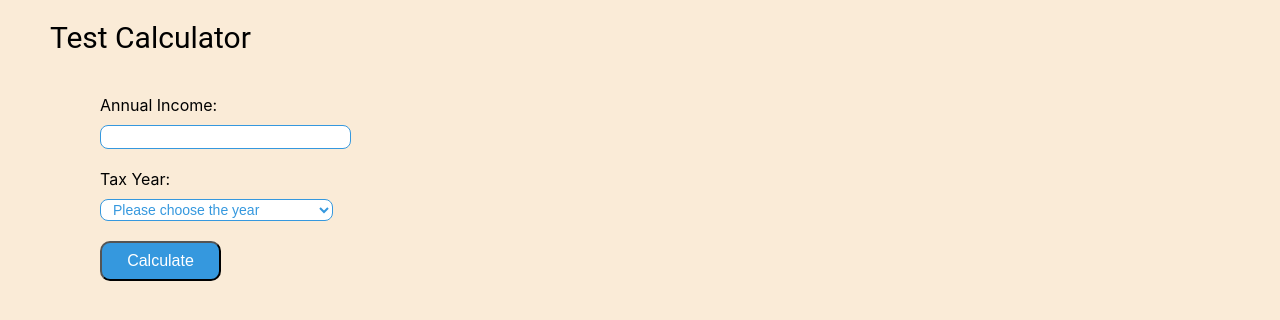
Repository: jbpadilha/taxcalculator
Page: /
These files come from the project's save history. The page is drawn as it stood at one moment and after the next save; the edit follows.
The browser window is 1280 px wide. The pictures show the whole page.
The project was rebuilt for these pictures with package versions that can differ from the ones it lists, and the page was loaded fresh each time.

Above is the page before, as saved 2023-06-17 21:30:54.

### src/index.tsx
import React from 'react';
import ReactDOM from 'react-dom/client';
import './index.css';
import App from './App';
import reportWebVitals from './reportWebVitals';

<link
    href="https://fonts.googleapis.com/css2?family=Roboto:ital,wght@0,300;0,400;0,500;0,700;1,400&display=swap"
    rel="stylesheet"
/>;

const root = ReactDOM.createRoot(
  document.getElementById('root') as HTMLElement
);
root.render(
  <React.StrictMode>
    <App />
  </React.StrictMode>
);

// If you want to start measuring performance in your app, pass a function
// to log results (for example: reportWebVitals(console.log))
// or send to an analytics endpoint. Learn more: https://bit.ly/CRA-vitals
reportWebVitals();

### src/index.css
body {
  background-color: #FAEBD7;
  margin: 0;
  font-family: -apple-system, BlinkMacSystemFont, 'Segoe UI', 'Roboto', 'Oxygen',
    'Ubuntu', 'Cantarell', 'Fira Sans', 'Droid Sans', 'Helvetica Neue',
    sans-serif;
  -webkit-font-smoothing: antialiased;
  -moz-osx-font-smoothing: grayscale;
}

code {
  font-family: source-code-pro, Menlo, Monaco, Consolas, 'Courier New',
    monospace;
}

### src/App.tsx
import React from 'react';
import RoutesComponent from './components/RouteComponent';

const App = () => {
  return (
    <div>
      <header>
      </header>
      <main>
        <RoutesComponent />
      </main>
      <footer>
        <div></div>
      </footer>
    </div>
  );
}

export default App;

### src/components/RouteComponent.tsx
import React from 'react';
import { BrowserRouter as Router, Route, Routes } from 'react-router-dom';

const Main = React.lazy(() => import('./Main'));
const ResultTax = React.lazy(() => import('./ResultTax'));

const RoutesComponent = () => {
    return (
        <Router>
            <Routes>
                <Route path={"/"} element={<Main />} />
                <Route path={"/results"} element={<ResultTax />} />
                <Route path="*" element={<Main />} />
            </Routes>
        </Router>
    );
}

export default RoutesComponent;

### src/components/Main.tsx
import React from 'react';
import { years } from '../config/constants';

const styles = {
    content: {
        marginTop: 20,
        minHeight: 200,
        paddingLeft: 50,
    },
    title: {
        marginTop: 20,
        paddingBottom: 20,
        fontFamily: 'Roboto',
        fontSize: 30,
        color: '#000000',
        textDecoration: 'none solid rgb(0, 0, 0)',
    },
    description: {

    },
    contentInput: {
        marginTop: 20,
    },
    marginInput: {
        marginTop: 10,
    },
    titleInput: {
        paddingTop: 10,
        width: 111,
        height: 18,
        fontSize: 16,
        color: '#000000',
        textSecoration: 'none solid rgb(0, 0, 0)',
    },
    input: {
        width: 233,
        height: 22,
        padding: '0px 8px',
        border: '1px solid #3598de',
        borderRadius: 8,
        backgroundColor: '#ffffff',
        backgroundSize: 'cover',
        fontSize: 14,
        color: '#3598de',
        textDecoration: 'none solid rgb(53, 152, 222)'
    },
    button: {
        width: 121,
        height: 40,
        borderRadius: 10,
        backgroundColor: '#3598de',
        backgroundSize: 'cover',
        fontSize: 16,
        color: '#ffffff',
        textDecoration: 'none solid rgb(255, 255, 255)',
    },
};

const Main = () => {

    const calculate = () => {};

    return (
        <div style={styles.content}>
            <div style={styles.title}>Test Calculator</div>
            <div style={styles.content}>
                <div style={styles.contentInput}>
                    <div>
                        <label htmlFor='income' style={styles.titleInput}>Annual Income:</label>
                    </div>
                    <div style={styles.marginInput}>
                        <input style={styles.input} type="text" id="income" name="income" />
                    </div>
                </div>
                <div style={styles.contentInput}>
                    <div>
                        <label htmlFor='taxYear' style={styles.titleInput}>Tax Year:</label>
                    </div>
                    <div style={styles.marginInput}>
                    <select onChange={()=>{}} style={styles.input} id="taxYear" name="taxYear">
                        <option>Please choose the year</option>
                        {Array.from(years.entries()).map((entry) => {
                            const [key, value ] = entry;
                            return (<option key={key} >
                                {value}
                            </option>);
                        })}
                    </select>
                    </div>
                </div>
                <div style={styles.contentInput}>
                    <button style={styles.button} onClick={calculate}>Calculate</button>
                </div>
            </div>
        </div>
    );
}

export default Main;

### src/config/constants.ts
export const years = new Map<string, string>();
years.set('2019', '2019');
years.set('2020', '2020');
years.set('2021', '2021');
years.set('2022', '2022');

Loaded but not shown: public/index.html (common file); src/reportWebVitals.ts (common file)

After the next save:
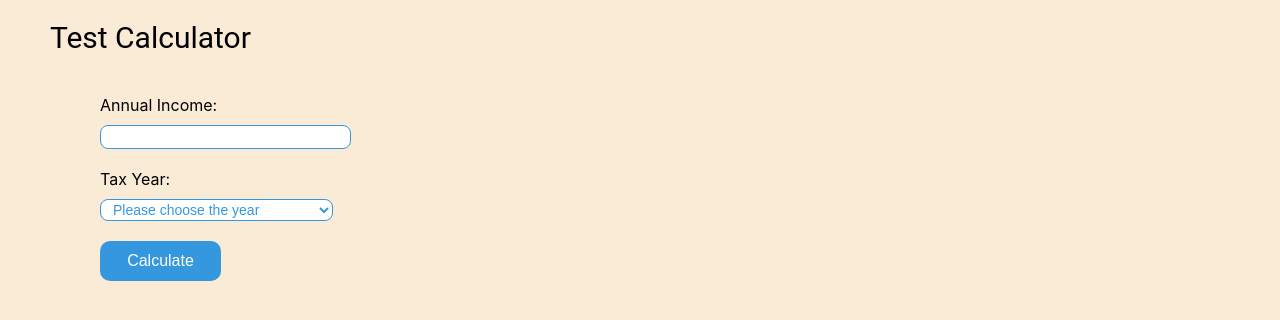
Saved 62 s later.
--- a/src/components/Main.tsx
+++ b/src/components/Main.tsx
@@ -47,6 +47,7 @@ const styles = {
     button: {
         width: 121,
         height: 40,
+        border: 0,
         borderRadius: 10,
         backgroundColor: '#3598de',
         backgroundSize: 'cover',
